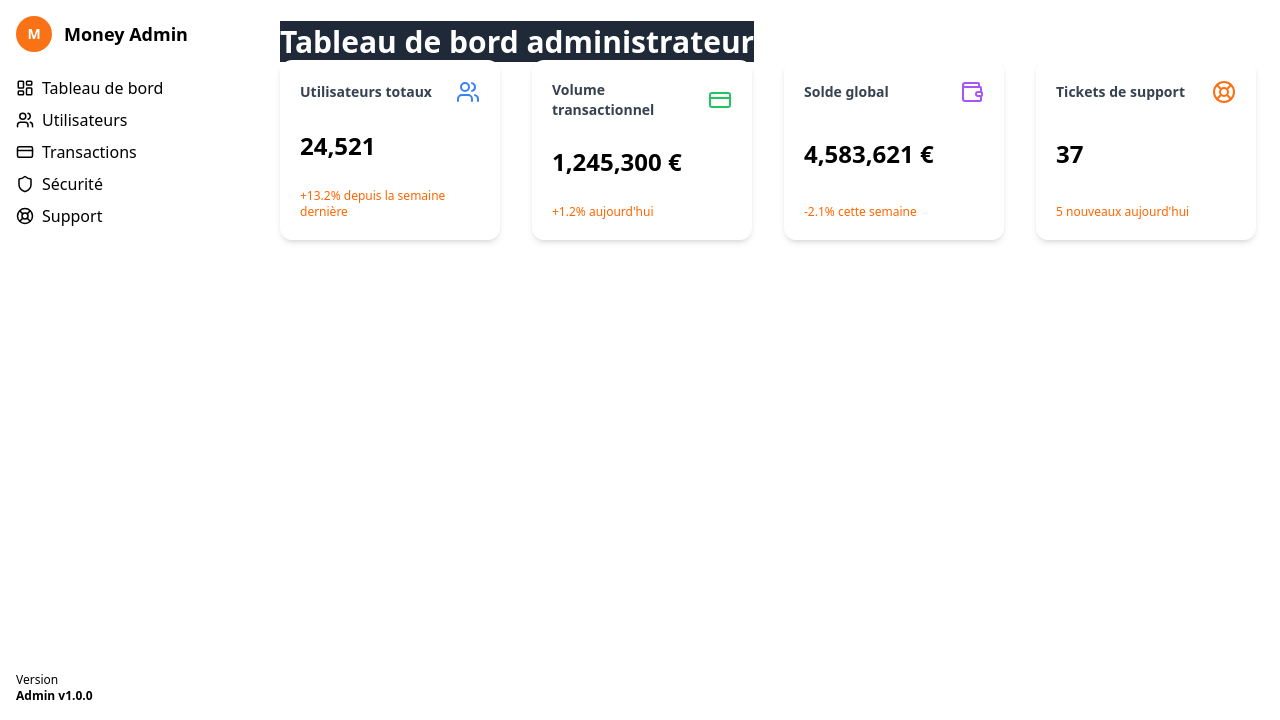
Repository: Edongo999/Dashboard
Page: /
The author's editor kept a copy of each file at every save. The page is drawn from the files as they stood at one save, then again after the next save.
The browser window is 1280 px wide. The pictures show the whole page.
The project was rebuilt for these pictures with package versions that can differ from the ones it lists, and the page was loaded fresh each time. Also part of the build but not shown: vite.config.ts.

Above is the page before, as saved 2025-10-13 13:35:41.

### index.html
<!doctype html>
<html lang="en">
  <head>
    <meta charset="UTF-8" />
    <link rel="icon" type="image/svg+xml" href="/vite.svg" />
    <meta name="viewport" content="width=device-width, initial-scale=1.0" />
    <title>mon_dashboard</title>
  </head>
  <body>
    <div id="root"></div>
    <script type="module" src="/src/main.tsx"></script>
  </body>
</html>

### src/App.tsx
import Sidebar from "./components/Sidebar"
import StatBlock from "./components/StatBlock"
import { Users, CreditCard, Wallet, LifeBuoy } from "lucide-react"

const App = () => {
  const kpis = [
    {
      title: "Utilisateurs totaux",
      value: "24,521",
      subtext: "+13.2% depuis la semaine dernière",
      icon: <Users />,
      iconColor: "text-blue-500"
    },
    {
      title: "Volume transactionnel",
      value: "1,245,300 €",
      subtext: "+1.2% aujourd'hui",
      icon: <CreditCard />,
      iconColor: "text-green-500"
    },
    {
      title: "Solde global",
      value: "4,583,621 €",
      subtext: "-2.1% cette semaine",
      icon: <Wallet />,
      iconColor: "text-purple-500"
    },
    {
      title: "Tickets de support",
      value: "37",
      subtext: "5 nouveaux aujourd'hui",
      icon: <LifeBuoy />,
      iconColor: "text-orange-500"
    }
  ]

  return (
    <div className="flex min-h-screen">
      <Sidebar />
      <main className="flex-1 overflow-auto p-6 bg-base-100">
       <h1
          className="text-3xl font-bold mb-6 text-white"
          style={{ backgroundColor: "#1F2937", display: "inline" }}
        >
          Tableau de bord administrateur
        </h1>



        {/* Cartes KPI bien espacées */}
        <div className="flex flex-wrap gap-x-8 gap-y-6 mb-6">
          {kpis.map((kpi, i) => (
            <StatBlock key={i} {...kpi} />
          ))}
        </div>
      </main>
    </div>
  )
}

export default App

### src/components/Sidebar.tsx
import {
  LayoutDashboard,
  Users,
  CreditCard,
  Shield,
  LifeBuoy
} from "lucide-react"

const Sidebar = () => {
  return (
    <aside
      className="w-64 h-screen bg-neutral text-neutral-content flex flex-col justify-between p-4"
      style={{ opacity: 1 }}
    >
      {/* Haut : logo + menu */}
      <div>
        <div className="flex items-center gap-3 mb-6">
          <div className="bg-orange-500 text-white rounded-full w-9 h-9 flex items-center justify-center font-bold text-sm shrink-0">
            M
          </div>
          <span className="text-lg font-semibold whitespace-nowrap">Money Admin</span>
        </div>

        <ul className="menu space-y-2">
          <li><a className="flex items-center gap-2"><LayoutDashboard size={18} />Tableau de bord</a></li>
          <li><a className="flex items-center gap-2"><Users size={18} />Utilisateurs</a></li>
          <li><a className="flex items-center gap-2"><CreditCard size={18} />Transactions</a></li>
          <li><a className="flex items-center gap-2"><Shield size={18} />Sécurité</a></li>
          <li><a className="flex items-center gap-2"><LifeBuoy size={18} />Support</a></li>
        </ul>
      </div>

      {/* Bas : version */}
      <div className="text-xs text-neutral-content/70 mt-6">
        Version<br />
        <span className="font-semibold">Admin v1.0.0</span>
      </div>
    </aside>
  )
}

export default Sidebar

### src/components/StatBlock.tsx
type StatBlockProps = {
  title: string
  value: string
  subtext: string
  icon: React.ReactNode
  iconColor: string
}

const StatBlock = ({ title, value, subtext, icon, iconColor }: StatBlockProps) => {
  return (
    <div
      className="bg-white shadow-md p-5 rounded-[12px] flex flex-col justify-between"
      style={{ width: "220px", height: "180px", opacity: 1 }}
    >
      <div className="flex justify-between items-center">
        <h3 className="text-sm font-semibold text-gray-700">{title}</h3>
        <div className={`text-xl ${iconColor}`}>{icon}</div>
      </div>
      <p className="text-2xl font-bold mt-2 text-black">{value}</p>
      <p className="text-xs mt-2 text-[#FF6600] font-medium">{subtext}</p>
    </div>
  )
}

export default StatBlock

### tailwind.config.js
/** @type {import('tailwindcss').Config} */
module.exports = {
  content: ["./src/**/*.{js,jsx,ts,tsx}"],
  theme: { extend: {} },
  plugins: [require("daisyui")],
  daisyui: {
    themes: [
      {
        mytheme: {
          "primary": "#570df8",
          "secondary": "#f000b8",
          "accent": "#37cdbe",
          "neutral": "#3d4451",
          "base-100": "#F3F4F6", // <-- couleur de fond principale pour tout le dashboard
          "base-200": "#e5e7eb", // pour cartes ou sections légèrement plus foncées
          "base-300": "#d1d5db", // pour éléments encadrés
          "base-content": "#111827", // couleur du texte principal
          "info": "#3ABFF8",
          "success": "#36D399",
          "warning": "#FBBD23",
          "error": "#F87272",
        },
      },
    ],
  },
};

Loaded but not shown: src/main.tsx (common file); src/index.css (common file)

After the next save:
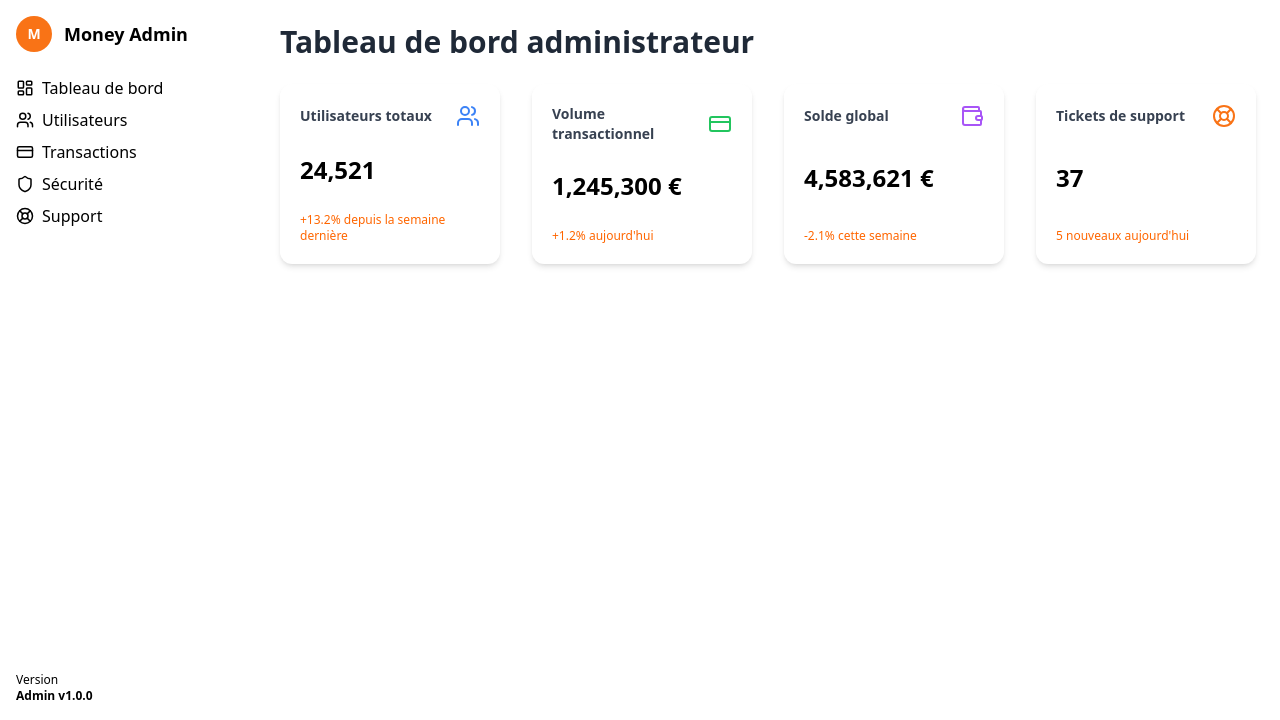
Saved 2 min 11 s later.
--- a/src/App.tsx
+++ b/src/App.tsx
@@ -38,12 +38,12 @@ const App = () => {
     <div className="flex min-h-screen">
       <Sidebar />
       <main className="flex-1 overflow-auto p-6 bg-base-100">
-       <h1
-          className="text-3xl font-bold mb-6 text-white"
-          style={{ backgroundColor: "#1F2937", display: "inline" }}
-        >
-          Tableau de bord administrateur
-        </h1>
+<h1
+  className="text-3xl font-bold mb-6"
+  style={{ color: "#1F2937" }}
+>
+  Tableau de bord administrateur
+</h1>
 
 
 
